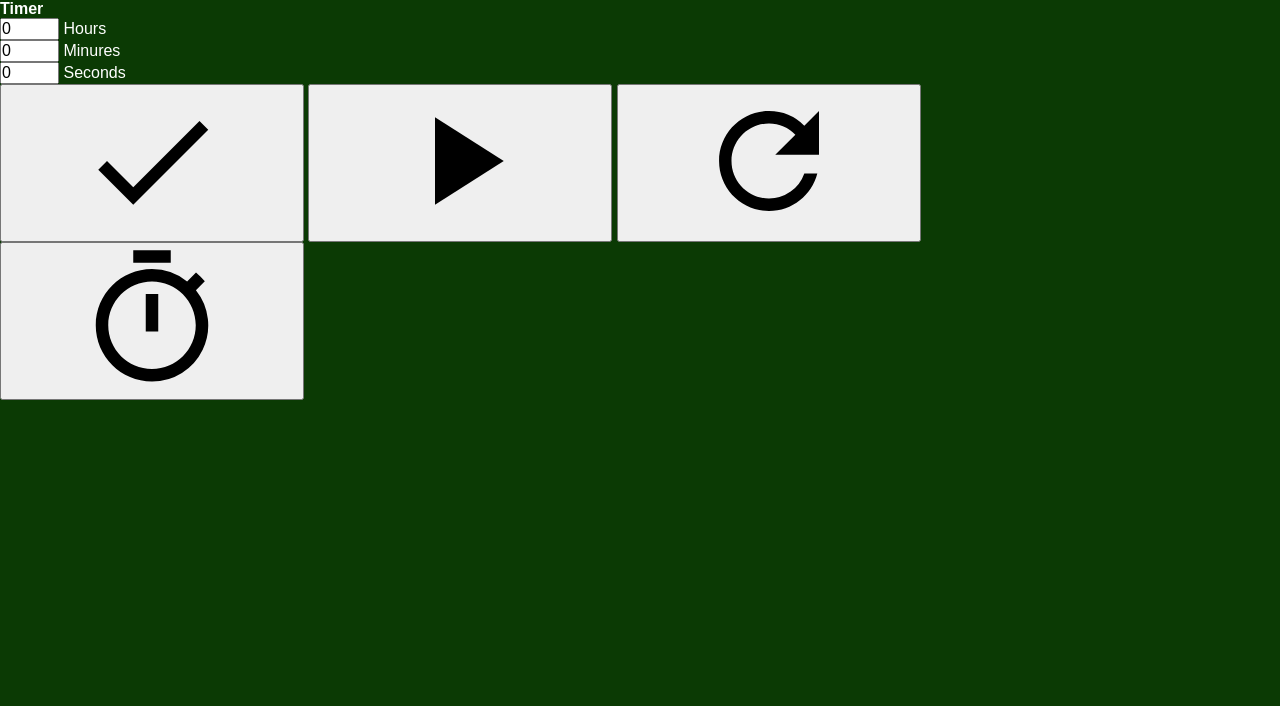
Repository: KrzysKolo/Projekt-12_Timer
Page: index.html
The author's editor kept a copy of each file at every save. The page is drawn from the files as they stood at one save, then again after the next save.
The browser window is 1280 px wide. The pictures show the whole page.
Some web fonts or font styles are not loaded; a fallback is used.

Above is the page before, as saved 2020-06-24 19:51:52.

After the next save:
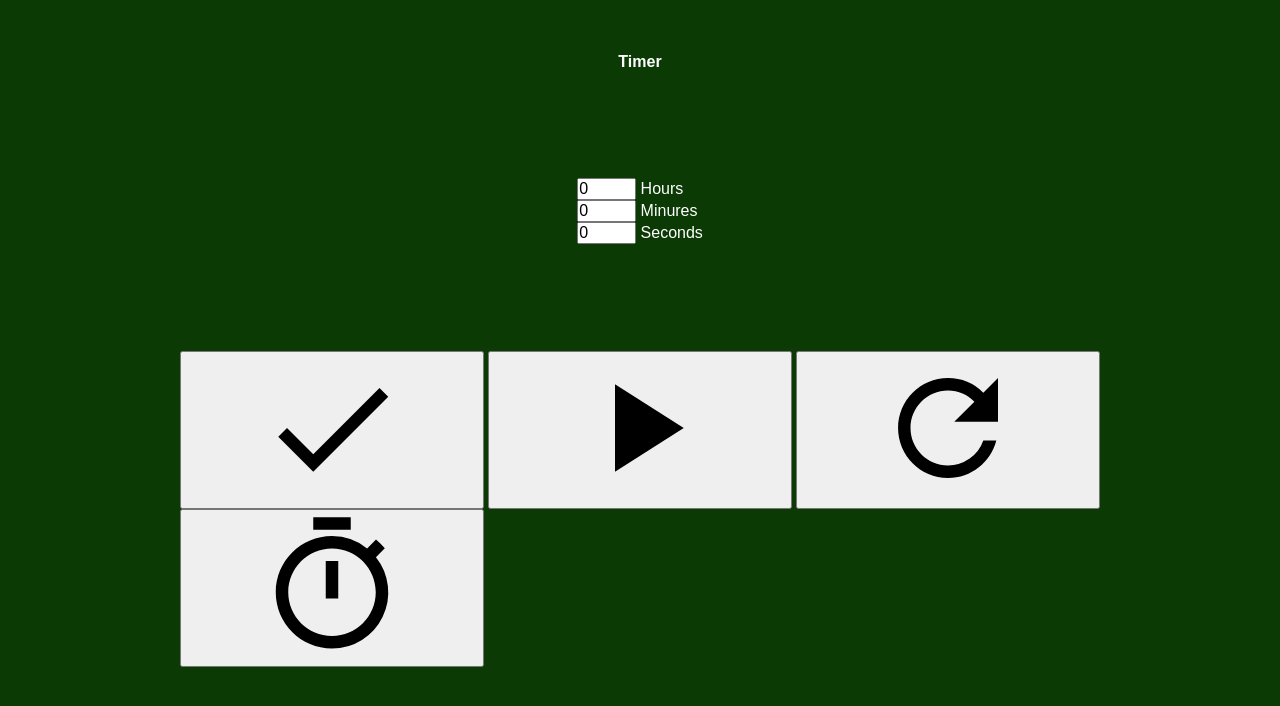
Saved 76 s later.
--- a/css/style.css
+++ b/css/style.css
@@ -15,4 +15,9 @@ body {
   width: 100vw;
   height: 100vh;
   background-color: #0b3a04;
+  display: flex;
+  flex-direction: column;
+  justify-content: space-around;
+  align-items: flex-start;
+  align-items: center;
 }
